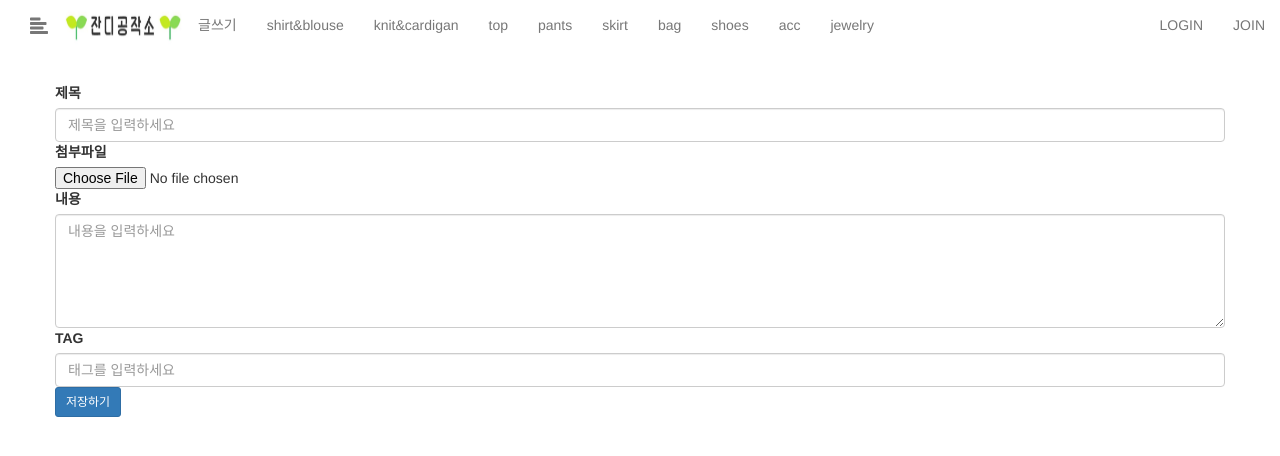
Repository: guddus326/Grass_Farm
Page: http://localhost/Grass_Farm/Write.jsp
The author's editor kept a copy of each file at every save. The page is drawn from the files as they stood at one save, then again after the next save.
The browser window is 1280 px wide. The pictures show the whole page.
The page is served by Tomcat 9. Other server files are loaded and not shown.

Above is the page before, as saved 2020-09-27 05:01:34.

### Grass_Farm/Grass_Farm/WebContent/Write.jsp
<%@ page language="java" contentType="text/html; charset=EUC-KR"
    pageEncoding="EUC-KR"%>
<%@ page import="java.io.PrintWriter"%>
<!DOCTYPE html>
<html>
<head>
<meta http-equiv="Content-Type" content="text/html; charset=UTF-8">
<meta name="viewport" content="width=device-width" initial-scale="1">
 <link rel="stylesheet" href="css/bootstrap.min.css">

<title>오늘의 잔디</title>
<style>
 <style>
        body { padding-top: 50px; }
      	.navbar-fixed-top{
      		background-color: white;
      	}
        .page-header{
            font-family: 'Playfair Display', serif;
            text-align: left;
        }
		</style>
</style>
</head>
<body>
<%
		//로긴한사람이라면	 userID라는 변수에 해당 아이디가 담기고 그렇지 않으면 null값
		String userID = null;
		if (session.getAttribute("userID") != null) {
			userID = (String) session.getAttribute("userID");
		}
%>
 <nav class="navbar-fixed-top navbar-default">
        <div class="container-fluid">
            <div class="navbar-header">
                <a class="navbar-brand" href="#">
                    <span class="glyphicon glyphicon-align-left" aria-hidden="true"></span>
                </a>
             </div>
			<div class="navbar-header">
            <a href="Index.jsp"><img alt="Brand" width=120px; height=40px;" style="margin-top: 8px;" src="./img/logo.JPG"></a>
			</div>

          <!-- Collect the nav links, forms, and other content for toggling -->
          <div class="collapse navbar-collapse" id="bs-example-navbar-collapse-1">
            <ul class="nav navbar-nav">
              <li class="active"> <span class="sr-only">(current)</span></li>
              <li><a href="Write.jsp">글쓰기</a></li>
              <li><a href="#">shirt&blouse</a></li>
              <li><a href="#">knit&cardigan</a></li>
              <li><a href="#">top</a></li>
              <li><a href="#">pants</a></li>
              <li><a href="#">skirt</a></li>
              <li><a href="#">bag</a></li>
              <li><a href="#">shoes</a></li>
              <li><a href="#">acc</a></li>
              <li><a href="#">jewelry</a></li>
            </ul>

            <%
            	if(userID==null){
            %>
            <ul class="nav navbar-nav navbar-right">
              <li><a href="Login.jsp">LOGIN</a></li>
              <li><a href="Join.jsp">JOIN</a></li>
            </ul>
            <%
            	}else{
            %>
            <ul class="nav navbar-nav navbar-right">
              <li><a href="LogoutAction.jsp">LOGOUT</a></li>
            </ul>
            <%
            	}
            %>
          </div><!-- /.navbar-collapse -->
        </div><!-- /.container-fluid -->
    </nav>
	<div class="container">
		<div class="row">
			<form method="post" action="WriteAction.jsp">
				<h2>오늘의 잔디</h2> <br>
					<div class="wr">
					<label>제목</label>
					<input type="text" class="form-control" name="title" id="title" placeholder="제목을 입력하세요">
					<label>첨부파일</label>
					<input type="file" class="form-control-file" id="file" name="file">
					<label>내용</label>
					<textarea class="form-control" rows="5" name="content" id="content" placeholder="내용을 입력하세요" ></textarea>
					<label>TAG</label>
					<input type="text" class="form-control" name="tag" id="tag" placeholder="태그를 입력하세요">
				</div>
				<input type="submit" class="btn btn-sm btn-primary" value="저장하기">
			</form>
		</div>
	</div>
</body>
</html>

Loaded but not shown: Grass_Farm/Grass_Farm/WebContent/css/bootstrap.min.css (library)

After the next save:
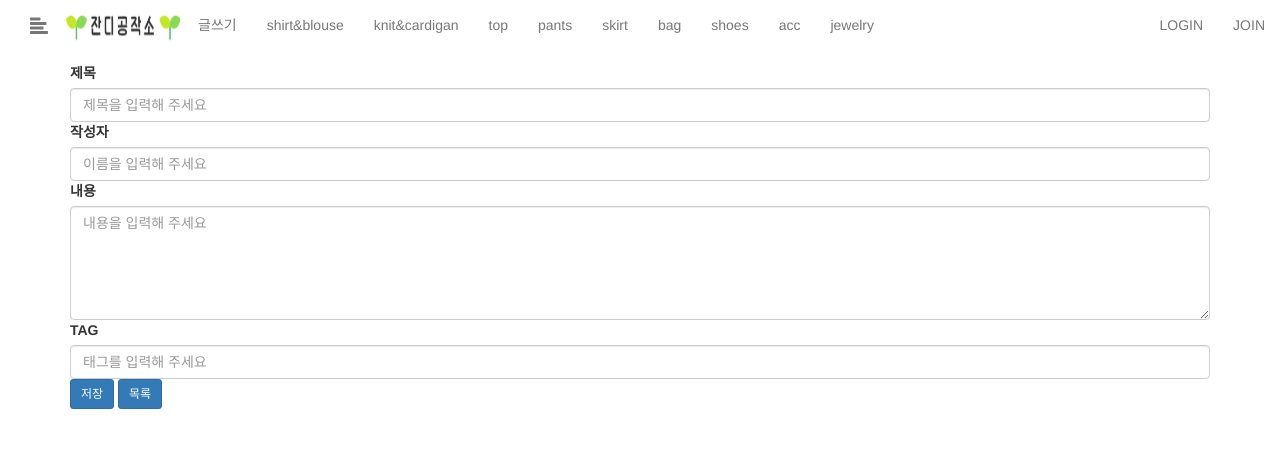
Saved 3 min 19 s later.
--- a/Grass_Farm/Grass_Farm/WebContent/Write.jsp
+++ b/Grass_Farm/Grass_Farm/WebContent/Write.jsp
@@ -76,23 +76,32 @@
           </div><!-- /.navbar-collapse -->
         </div><!-- /.container-fluid -->
     </nav>
-	<div class="container">
-		<div class="row">
-			<form method="post" action="WriteAction.jsp">
-				<h2>오늘의 잔디</h2> <br>
-					<div class="wr">
-					<label>제목</label>
-					<input type="text" class="form-control" name="title" id="title" placeholder="제목을 입력하세요">
-					<label>첨부파일</label>
-					<input type="file" class="form-control-file" id="file" name="file">
-					<label>내용</label>
-					<textarea class="form-control" rows="5" name="content" id="content" placeholder="내용을 입력하세요" ></textarea>
-					<label>TAG</label>
-					<input type="text" class="form-control" name="tag" id="tag" placeholder="태그를 입력하세요">
+	<article>
+		<div class="container" role="main">
+			<h2>board Form</h2>
+			<form name="form" id="form" role="form" method="post" action="${pageContext.request.contextPath}/board/saveBoard">
+				<div class="mb-3">
+					<label for="title">제목</label>
+					<input type="text" class="form-control" name="title" id="title" placeholder="제목을 입력해 주세요">
 				</div>
-				<input type="submit" class="btn btn-sm btn-primary" value="저장하기">
+				<div class="mb-3">
+					<label for="reg_id">작성자</label>
+					<input type="text" class="form-control" name="reg_id" id="reg_id" placeholder="이름을 입력해 주세요">
+				</div>
+				<div class="mb-3">
+					<label for="content">내용</label>
+					<textarea class="form-control" rows="5" name="content" id="content" placeholder="내용을 입력해 주세요" ></textarea>
+				</div>
+				<div class="mb-3">
+					<label for="tag">TAG</label>
+					<input type="text" class="form-control" name="tag" id="tag" placeholder="태그를 입력해 주세요">
+				</div>
 			</form>
+			<div >
+				<button type="button" class="btn btn-sm btn-primary" id="btnSave">저장</button>
+				<button type="button" class="btn btn-sm btn-primary" id="btnList">목록</button>
+			</div>
 		</div>
-	</div>
+	</article>
 </body>
 </html>
